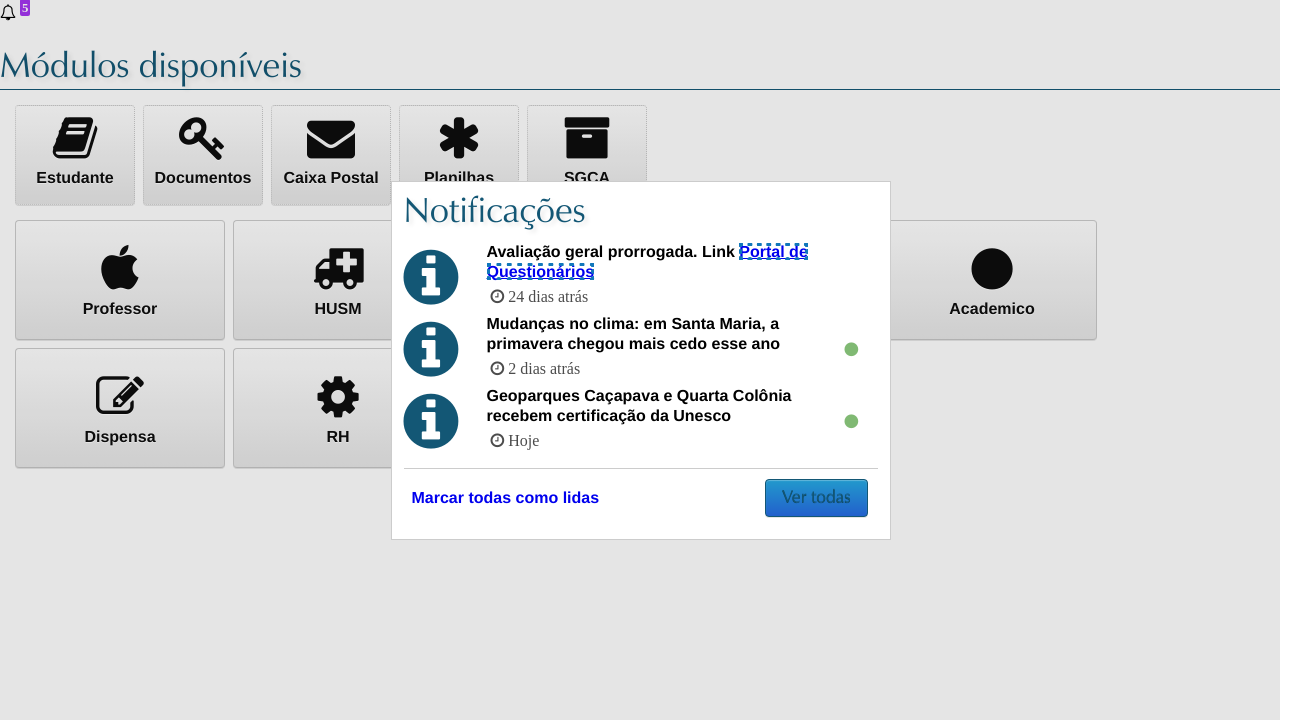
Repository: evertonagilar/study
Page: css/css-notificacao-dialog/index.html
An editor plug-in stored every save of this project. The page is shown before and after the next save, followed by the edit.
The browser window is 1280 px wide. The page is 1295 px wide, so the pictures cover 1295 px, including what lies to the right of the window. The pictures show the whole page.
After loading, the first visible `span.dashboard-notificacoes-button` was clicked once.

Above is the page before, as saved 2023-09-11 22:18:55.

### css/css-notificacao-dialog/index.html
<!DOCTYPE html>
<html lang="en">

<head>
    <meta charset="UTF-8">
    <meta name="viewport" content="width=device-width, initial-scale=1.0">
    <title>Aula CSS GRID</title>
    <link rel="stylesheet" href="css/cpd.css">
    <link rel="stylesheet" href="css/style.css">
</head>

<body>
    <span class="dashboard-notificacoes-button icon-bell">
        <sup>5</sup>
    </span>

    <dialog class="dashboard-notificacoes">
        <h2 class="h2 primary text-shadowed margin-bottom">
            Notificações
        </h2>
        <div class="notificacao-list">
            <div class="notificacao" data-id="1">
                <span class="notificacao-icon-type icon-info-sign"></span>
                <div class="notificacao-message">
                    <span class="notificacao-message-text">Avaliação geral prorrogada. Link <a href="#">Portal de
                            Questionários</a></span>
                    <span class="notificacao-message-date icon-time"> 24 dias atrás</span>
                </div>
                <span class="notificao-lida-mark"></span>
            </div>
            <div class="notificacao" data-id="1">
                <span class="notificacao-icon-type icon-info-sign"></span>
                <div class="notificacao-message">
                    <span class="notificacao-message-text">Mudanças no clima: em Santa Maria, a primavera chegou mais
                        cedo esse ano</span>
                    <span class="notificacao-message-date icon-time"> 2 dias atrás</span>
                </div>
                <span class="notificao-lida-mark icon-circle"></span>
            </div>
            <div class="notificacao" data-id="1">
                <span class="notificacao-icon-type icon-info-sign"></span>
                <div class="notificacao-message">
                    <span class="notificacao-message-text">Geoparques Caçapava e Quarta Colônia recebem certificação da Unesco</span>
                    <span class="notificacao-message-date icon-time"> Hoje</span>
                </div>
                <span class="notificao-lida-mark icon-circle"></span>
            </div>
        </div>
        <div class="notificacao-buttons">
            <a class="notificacao-marcar-todas" href="#">Marcar todas como lidas</a>
            <span class="btn primary notificacao-ver-todas">Ver todas</span>
        </div>
    </dialog>

    <h2 class="h2 primary stroked-bottom text-shadowed margin-bottom">
        Módulos disponíveis
    </h2>


    <div class="dashboard-container-favorito">
        <div class="portal">
            <span class="portal-icon icon-book"></span>
            <h3 class="portal-label">Estudante</h3>
        </div>
        <div class="portal">
            <span class="portal-icon icon-key"></span>
            <h3 class="portal-label">Documentos</h3>
        </div>
        <div class="portal">
            <span class="portal-icon icon-envelope"></span>
            <h3 class="portal-label">Caixa Postal</h3>
        </div>
        <div class="portal">
            <span class="portal-icon icon-asterisk"></span>
            <h3 class="portal-label">Planilhas</h3>
        </div>
        <div class="portal">
            <span class="portal-icon icon-archive"></span>
            <h3 class="portal-label">SGCA</h3>
        </div>

    </div>

    <div class="dashboard-container">
        <div class="portal">
            <span class="portal-mini-button fa fa-chain"></span>
            <span class="portal-icon icon-apple"></span>
            <h3 class="portal-label">Professor</h3>
        </div>

        <div class="portal">
            <span class="portal-icon icon-ambulance"></span>
            <h3 class="portal-label">HUSM</h3>
        </div>

        <div class="portal">
            <span class="portal-icon icon-user"></span>
            <h3 class="portal-label">Usuario</h3>
        </div>

        <div class="portal">
            <span class="portal-icon icon-calendar"></span>
            <h3 class="portal-label">Agendamento</h3>
        </div>

        <div class="portal">
            <span class="portal-icon icon-circle"></span>
            <h3 class="portal-label">Academico</h3>
        </div>

        <div class="portal">
            <span class="portal-icon icon-edit"></span>
            <h3 class="portal-label">Dispensa</h3>
        </div>

        <div class="portal">
            <span class="portal-icon icon-cog"></span>
            <h3 class="portal-label">RH</h3>
        </div>

        <div class="portal">
            <span class="portal-icon icon-code-fork"></span>
            <h3 class="portal-label">Projetos</h3>
        </div>

        <div class="portal">
            <span class="portal-icon icon-file-alt"></span>
            <h3 class="portal-label">Biblioteca</h3>
        </div>

    </div>
</body>


<script>

    document.addEventListener("DOMContentLoaded", function () {

        /* Cards */
        const botao = document.querySelectorAll('.portal');
        botao.forEach(btn => {
            const miniButton = btn.querySelector('.portal-mini-button');

            btn.addEventListener('click', () => {
                alert('botao clicked');
            });

            btn.addEventListener('mouseenter', () => {
                if (miniButton) {
                    miniButton.style.visibility = 'visible';
                }
            });

            btn.addEventListener('mouseleave', () => {
                if (miniButton) {
                    miniButton.style.visibility = 'hidden';
                }
            });

        });

        /* Mini Button */
        const miniButtons = document.querySelectorAll('.portal-mini-button');
        miniButtons.forEach(btn => {
            const parentButton = btn.closest('.portal');

            btn.addEventListener("click", (event) => {
                event.stopPropagation();
                alert('mini-button clicked');
            });

            btn.addEventListener("mouseenter", (event) => {
                // alert('mouse enter');
                // parentButton.style.pointerEvents = 'none';

            });

            btn.addEventListener("mouseleave", (event) => {
                // alert('mouse leave');
                // parentButton.style.pointerEvents = 'auto';
            })

        });


        /* Notifications */
        document.querySelector('.dashboard-notificacoes-button').addEventListener("click", (event) => {
            const dialog = document.querySelector('.dashboard-notificacoes');
            dialog.showModal();
        });

        document.querySelector('.dashboard-notificacoes-button').addEventListener("mouseenter", (event) => {
            const dialog = document.querySelector('.dashboard-notificacoes');
            dialog.show();
        });

        document.querySelector('.dashboard-notificacoes-button').addEventListener("mouseleave", (event) => {
            const dialog = document.querySelector('.dashboard-notificacoes');
            dialog.close();
        });


    });



</script>



</html>

### css/css-notificacao-dialog/css/style.css

.dashboard-container {
    width: 100%;
    height: 100%;
    display: flex;
    flex-direction: row;
    flex-wrap: wrap;
    gap: 8px;
    align-items: stretch; /* Centraliza verticalmente */
    justify-content: stretch;
    margin: 15px;
    @media screen and (max-width:34.999999em){
        width: 94%;
    }
}

.dashboard-container-favorito {
    width: 100%;
    height: 100%;
    display: flex;
    flex-direction: row;
    flex-wrap: nowrap;
    gap: 8px;
    align-items: stretch; /* Centraliza verticalmente */
    justify-content: stretch;
    margin: 15px;
}

.portal {
    position: relative;
    cursor: pointer;
    text-align: center;
    --border-radius:.25rem;
    --border-radius-top-left:.25rem;
    --border-radius-top-right:.25rem;
    --border-radius-bottom-right:.25rem;
    --border-radius-bottom-left:.25rem;
    --border-radius-top:.25rem;
    --border-radius-left:.25rem;
    --border-radius-right:.25rem;
    --border-radius-bottom:.25rem;
    border-radius:.25rem;
    border:.065rem solid #ccc;
    border-bottom:.065rem solid #c5c5c5;
    border-right:.065rem solid #cacaca;
    color:#0d0d0d;
    text-shadow:0 .065em 0 #fff;
    box-shadow:0 .065em 0 rgba(0,0,0,0.1),0 .065em .065em 0 rgba(255,255,255,0.3) inset;
    background-image:linear-gradient(to bottom, #fff, #e6e6e6);
    padding: 24px;
    width: 210px;
    height: 120px;
    @media screen and (max-width:34.999999em){
        width: 100%;
    }
}


.portal:hover {
    background:#e6e6e6;
    transition: all .35s ease-in-out;
    box-shadow: 0 .065rem 0 rgba(0,0,0,0.15);
}

.portal:active {
    background:none;
    box-shadow:0 .065em 0 rgba(0,0,0,0.1),.08em .125em .25em rgba(0,0,0,0.3) inset;
    background-color:#f3f3f3;
    transition:none
}

.portal:focus {
    box-shadow:0 0 .5em .25em rgba(205,205,205,0.85)
}

.portal-icon {
    font-size: 3em;
}

.portal-label {
    font-weight: bold;
    margin-top: 6px;
}

.dashboard-container-favorito .portal {
    padding: 8px;
    height: 100px;
    width: 120px;
    @media screen and (max-width:798px) {
        width: auto;
    }
    border-style: dotted;
}

.portal-mini-button {
    position: absolute;
    top: 0;
    right: 0;
    border: none;
    padding: 6px;
    z-index: 100;
    visibility: hidden;
}

.portal-mini-button:hover {
    background-color:#f3f3f3;
    border-radius:.25rem;
    border:.065rem solid #ccc;
    border-bottom:.065rem solid #c5c5c5;
    border-right:.065rem solid #cacaca;
    color:#0d0d0d;
    color: brown;
 }

 .portal-mini-button:active {
    background:none;
    box-shadow:0 .065em 0 rgba(0,0,0,0.1),.08em .125em .25em rgba(0,0,0,0.3) inset;
    background-color:#f3f3f3;
    transition:none
}

.portal-mini-button:focus {
    box-shadow:0 0 .5em .25em rgba(205,205,205,0.85)
}

/* Notificações */

.dashboard-notificacoes-button {
    position: relative;
    cursor: pointer;
}


.dashboard-notificacoes {
    position: absolute;
    left: 1px;
    top: 1px;
    width: 500px;
    transition: all .2s ease;
    z-index: 200;
    border: 1px solid #ccc;
    padding: 12px;


}

.dashboard-notificacoes-button sup {
    color: #fff;
    background-color: #a435f0;
    padding: 2px;
    font-weight: bold;
    border-radius: 2px;
    font-size: .8em !important;
}

.notificacao-list {
    display: flex;
    flex-direction: column;
    gap: 2px;
}

.notificacao {
    display: flex;
    flex-direction: row;
    justify-content: flex-start;
    align-items: center;
    gap: 8px;
    flex-wrap: wrap;

}

.notificacao-message {
    display: flex;
    flex-direction: column;
    align-items: flex-start;
    font-weight: bold;
}

.notificacao-icon-type {
    font-size: 64px;
    width: 75px;
    color: #135775;
}

.notificacao-message-text {
    font-weight: 900;
    width: 350px;
}

.notificacao-message-date {
    font-weight: 300;
    padding: 6px 4px;
    color: #4c4c4c;
}

.notificao-lida-mark {
    color: hsla(109, 90%, 27%, 0.565);
}

.notificacao-buttons {
    display: flex;
    justify-content: space-between;
    align-items: center;
    border-top: .065rem solid #ccc;
    margin-top: 12px;
    padding: 8px;
}

.notificacao-marcar-todas {
    font-weight: bold;
    text-decoration: none;
}

Loaded but not shown: css/css-notificacao-dialog/css/cpd.css (library)

After the next save:
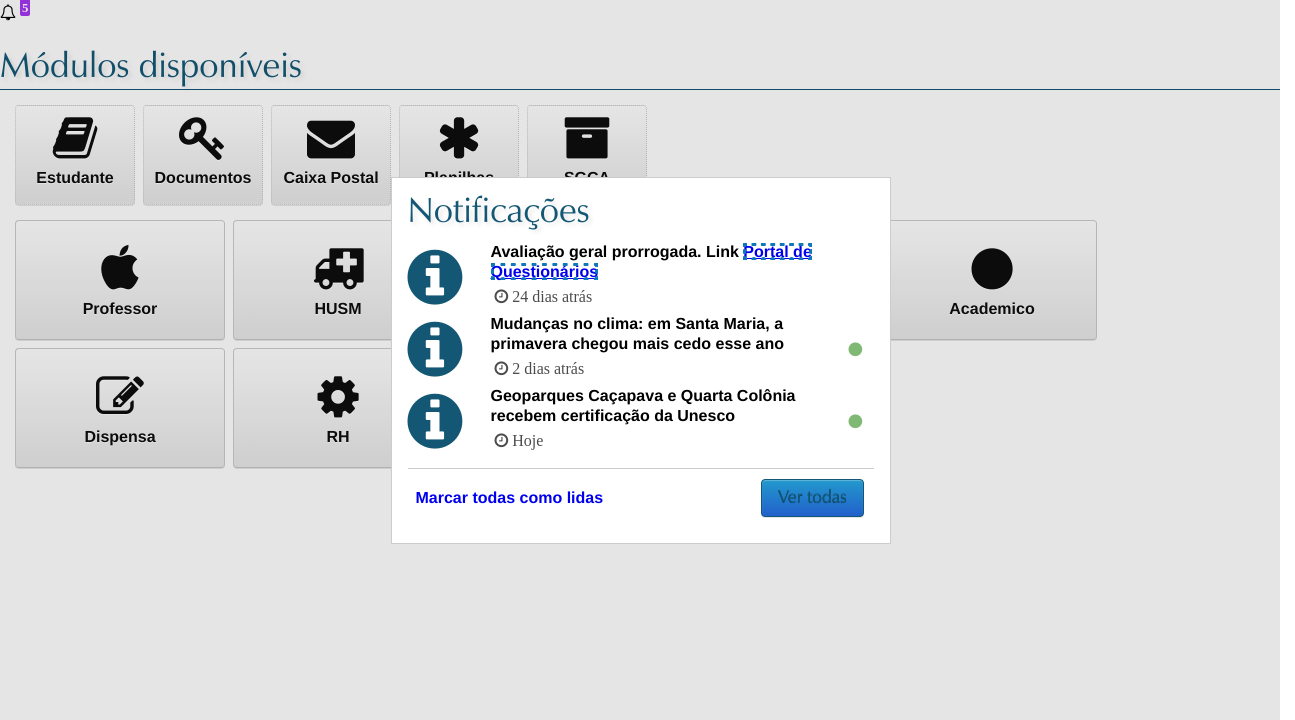
Saved 9 s later.
--- a/css/css-notificacao-dialog/css/style.css
+++ b/css/css-notificacao-dialog/css/style.css
@@ -139,7 +139,7 @@
     transition: all .2s ease;
     z-index: 200;
     border: 1px solid #ccc;
-    padding: 12px;
+    padding: 16px;
 
 
 }
